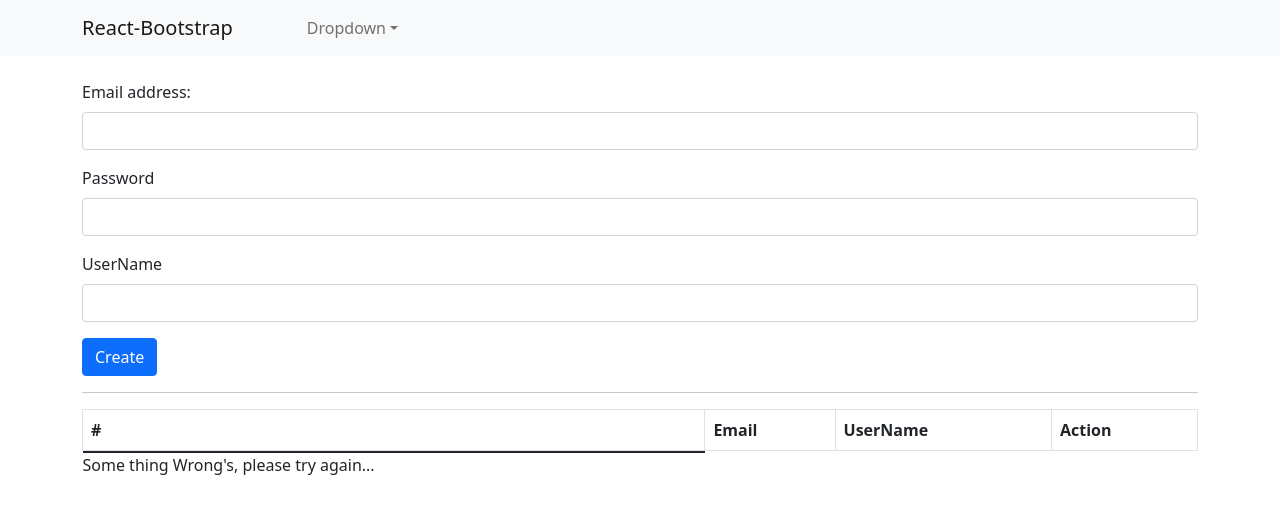
Repository: nnbxxx/-Redux-Ultimate---Redux
Page: /
The author's editor kept a copy of each file at every save. The page is drawn from the files as they stood at one save, then again after the next save.
The browser window is 1280 px wide. The pictures show the whole page.
The page's requests for data from a server got no answer. The project was rebuilt for these pictures with package versions that can differ from the ones it lists, and the page was loaded fresh each time. No one was signed in, and anything a server would have sent is missing.

Above is the page before, as saved 2023-04-22 15:03:02.

After the next save:
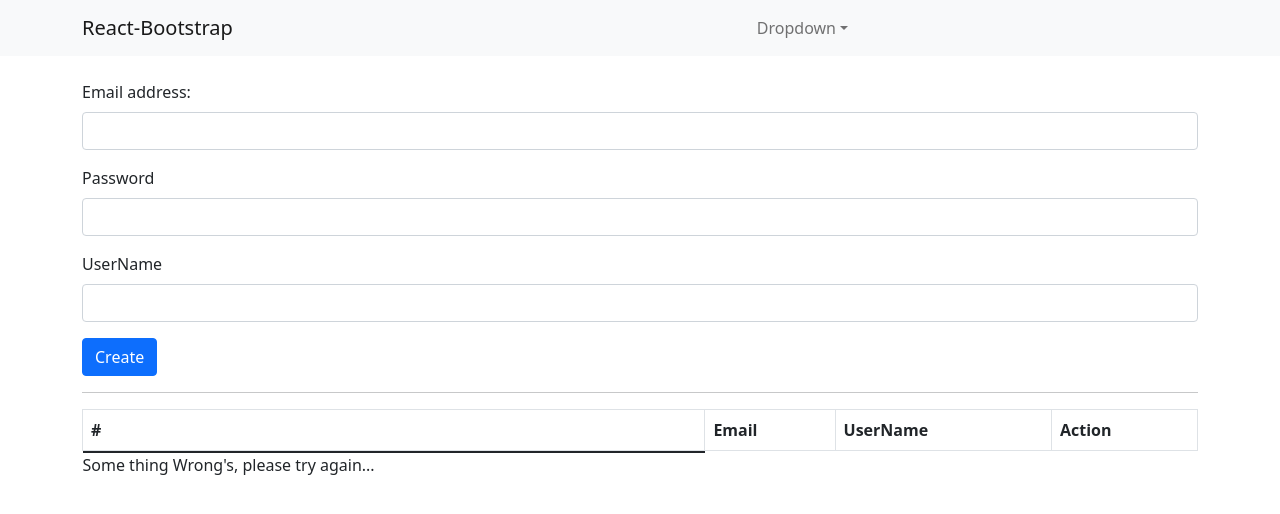
Saved 5 s later.
--- a/src/components/Header.js
+++ b/src/components/Header.js
@@ -12,7 +12,7 @@
           <Navbar.Collapse id='basic-navbar-nav'>
             <Nav className='me-auto'>
               <NavDropdown
-                style={{ marginLeft: "50px" }}
+                style={{ marginLeft: "500px" }}
                 title='Dropdown'
                 id='basic-nav-dropdown'
               >

After the save that followed:
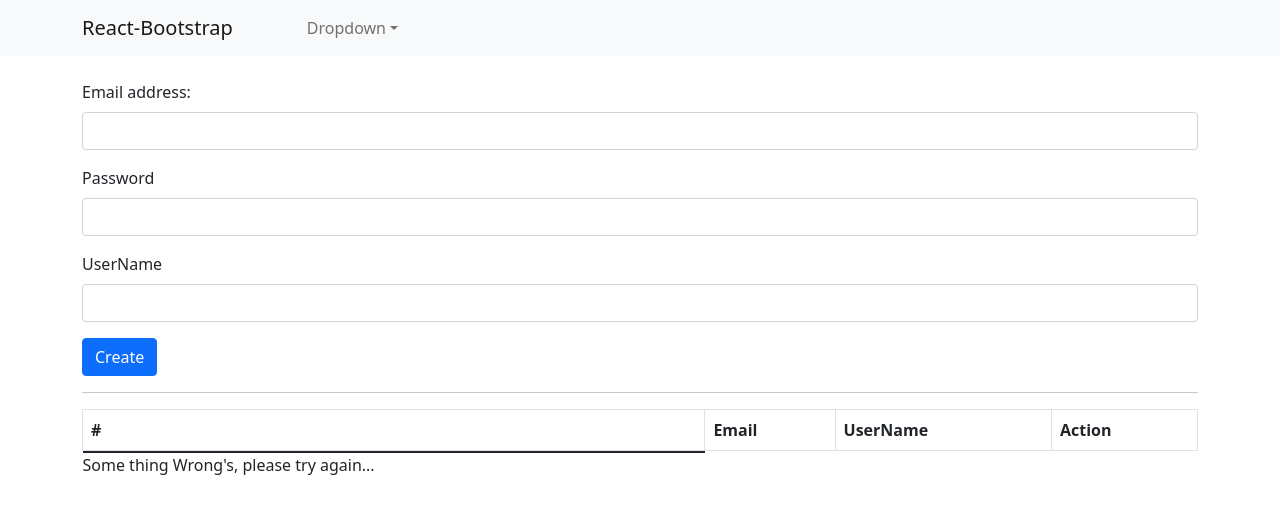
Saved 4 s later.
--- a/src/components/Header.js
+++ b/src/components/Header.js
@@ -12,7 +12,7 @@
           <Navbar.Collapse id='basic-navbar-nav'>
             <Nav className='me-auto'>
               <NavDropdown
-                style={{ marginLeft: "500px" }}
+                style={{ marginLeft: "50px" }}
                 title='Dropdown'
                 id='basic-nav-dropdown'
               >
